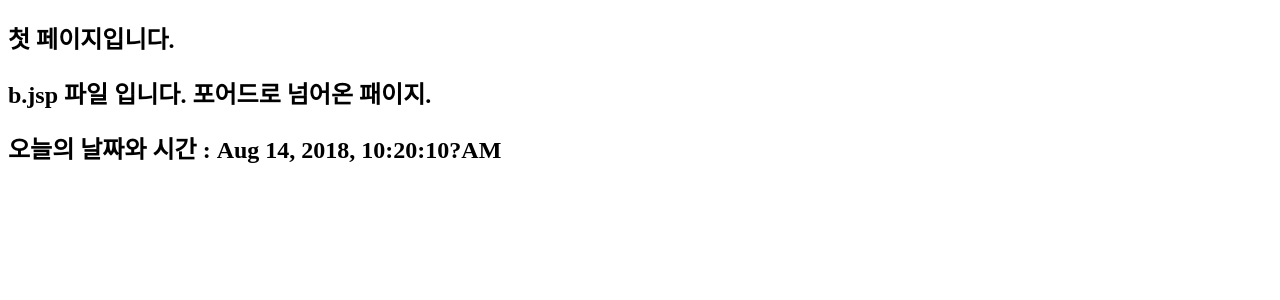
Repository: hodob/JSP_Practice
Page: http://localhost/JSP_WebMarket_JJH/ch04_ex/test.jsp
These files come from the project's save history. The page is drawn as it stood at one moment and after the next save; the edit follows.
The browser window is 1280 px wide. The pictures show the whole page.
The page is served by Tomcat 9.

Above is the page before, as saved 2022-08-09 00:48:15.

After the next save:
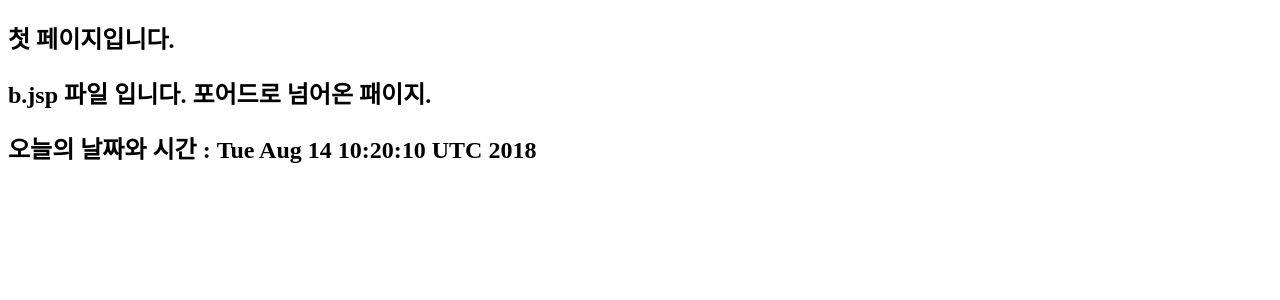
Saved 87 s later.
--- a/JSP_WebMarket_JJH/WebContent/ch04_ex/test.jsp
+++ b/JSP_WebMarket_JJH/WebContent/ch04_ex/test.jsp
@@ -10,7 +10,7 @@
 <h2> 첫 페이지입니다. </h2>
 <%-- <jsp:forward page="b.jsp"></jsp:forward> --%>
 <jsp:include page="b.jsp">
-<jsp:param value="<%= new java.util.Date().toLocaleString()%>" name="date1"/>
+<jsp:param value="<%= new java.util.Date()%>" name="date1"/>
 
 </jsp:include>
 

After the save that followed:
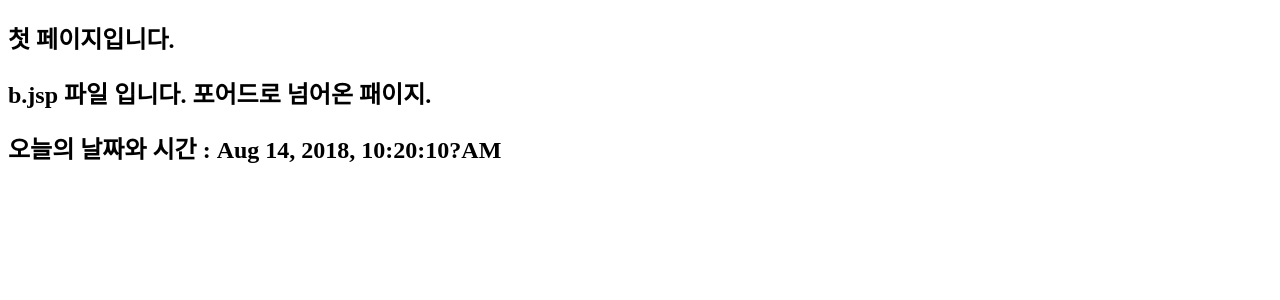
Saved 13 s later.
--- a/JSP_WebMarket_JJH/WebContent/ch04_ex/test.jsp
+++ b/JSP_WebMarket_JJH/WebContent/ch04_ex/test.jsp
@@ -10,7 +10,7 @@
 <h2> 첫 페이지입니다. </h2>
 <%-- <jsp:forward page="b.jsp"></jsp:forward> --%>
 <jsp:include page="b.jsp">
-<jsp:param value="<%= new java.util.Date()%>" name="date1"/>
+<jsp:param value="<%= new java.util.Date().toLocaleString()%>" name="date1"/>
 
 </jsp:include>
 
